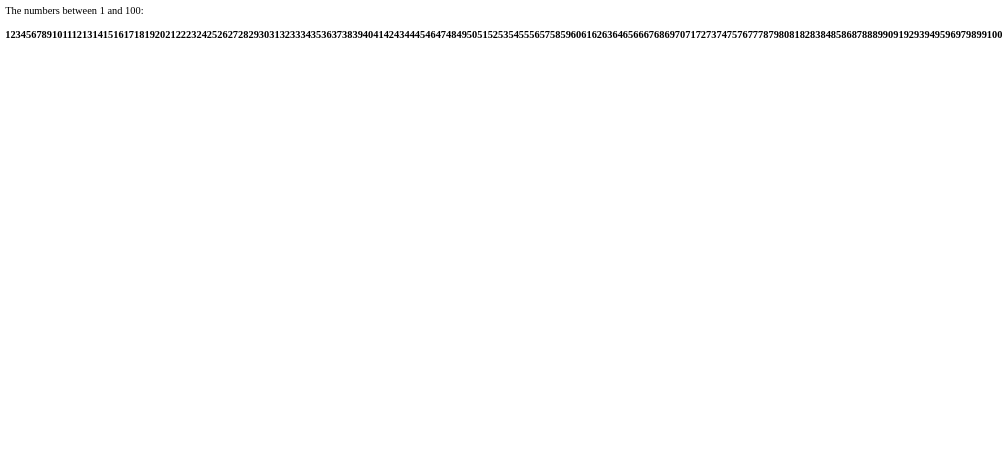
Repository: mrhpn/JavaEE--JSP-SERVLET
Page: http://localhost/JSP_JSTL/scriptlet-demo.jsp
An editor plug-in stored every save of this project. The page is shown before and after the next save, followed by the edit.
The browser window is 1280 px wide. The page is 1542 px wide, then 1280 px, so the pictures cover 1542 px, including what lies to the right of the window. The pictures show the whole page, at 65% of full size.
The page is served by Tomcat 9.

Above is the page before, as saved 2021-03-30 06:54:09.

After the next save:
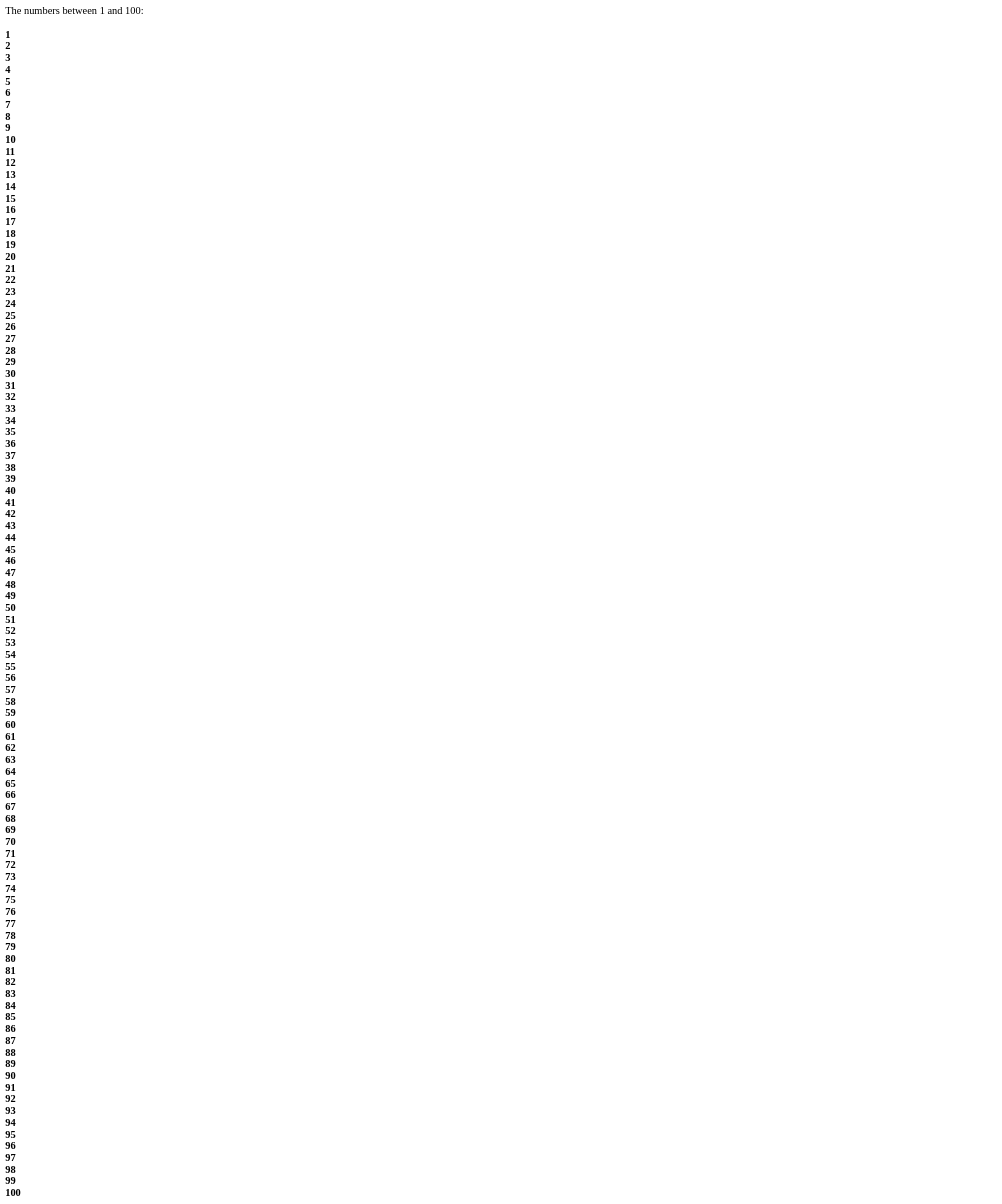
Saved 2 min 9 s later.
--- a/JSP_JSTL/WebContent/scriptlet-demo.jsp
+++ b/JSP_JSTL/WebContent/scriptlet-demo.jsp
@@ -11,7 +11,7 @@
 
 	<%
 		for (int i = 1; i <= 100; i++) {
-			out.print("<b>" + i + "</b>");
+			out.print("<b>" + i + "</b><br>");
 		}
 
 	%>
